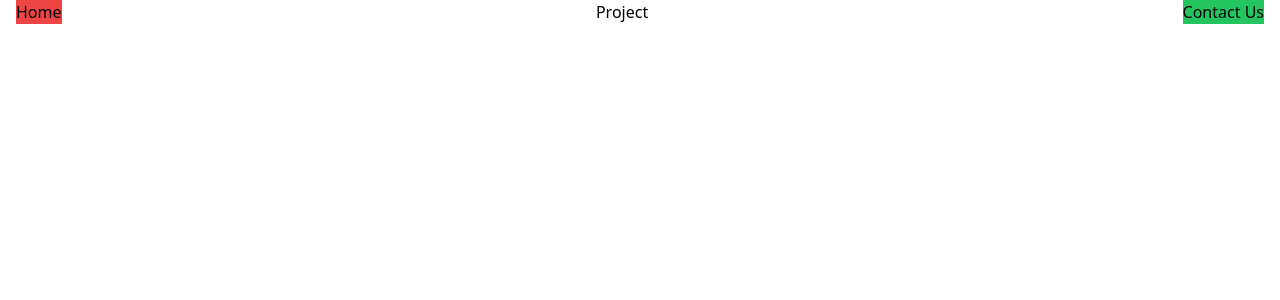
Repository: ashut6138/RozarpayClone
Page: Desktop/RozarpayClone/index.html
An editor plug-in stored every save of this project. The page is shown before and after a run of saves, followed by the edit.
The browser window is 1280 px wide. The pictures show the whole page.
Some web libraries are served in a nearby version.

Above is the page before, as saved 2025-01-21 23:07:24.

### Desktop/RozarpayClone/index.html
<!DOCTYPE html>
<html lang="en">
<head>
    <meta charset="UTF-8">
    <meta name="viewport" content="width=device-width, initial-scale=1.0">
    <title>tailwind intro</title>
    <link rel="stylesheet" href="./main.css">
    <script src="https://cdn.tailwindcss.com"></script>
</head>
<body>
    <nav>
        <ul class="flex justify-between">
            <li class="mx-4 bg-red-500">Home</li>
            <li class="mx-4 bg-white">Project</li>
            <li class="mx-4 bg-green-500">Contact Us</li>
        </ul>
    </nav>

</body>
</html>

Loaded but not shown: Desktop/RozarpayClone/main.css (common file)

After the next 2 saves:
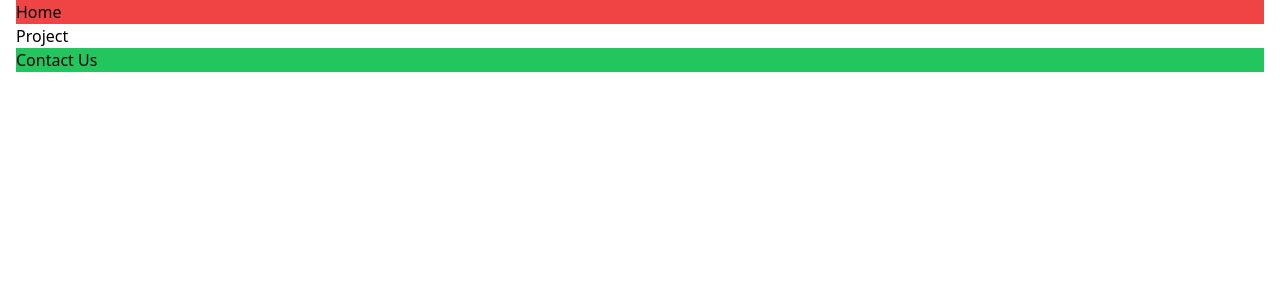
The 2 saves are shown as one change because they came seconds apart.
The last was saved 3 min 2 s later.
--- a/Desktop/RozarpayClone/index.html
+++ b/Desktop/RozarpayClone/index.html
@@ -9,7 +9,7 @@
 </head>
 <body>
     <nav>
-        <ul class="flex justify-between">
+        <ul x>
             <li class="mx-4 bg-red-500">Home</li>
             <li class="mx-4 bg-white">Project</li>
             <li class="mx-4 bg-green-500">Contact Us</li>
